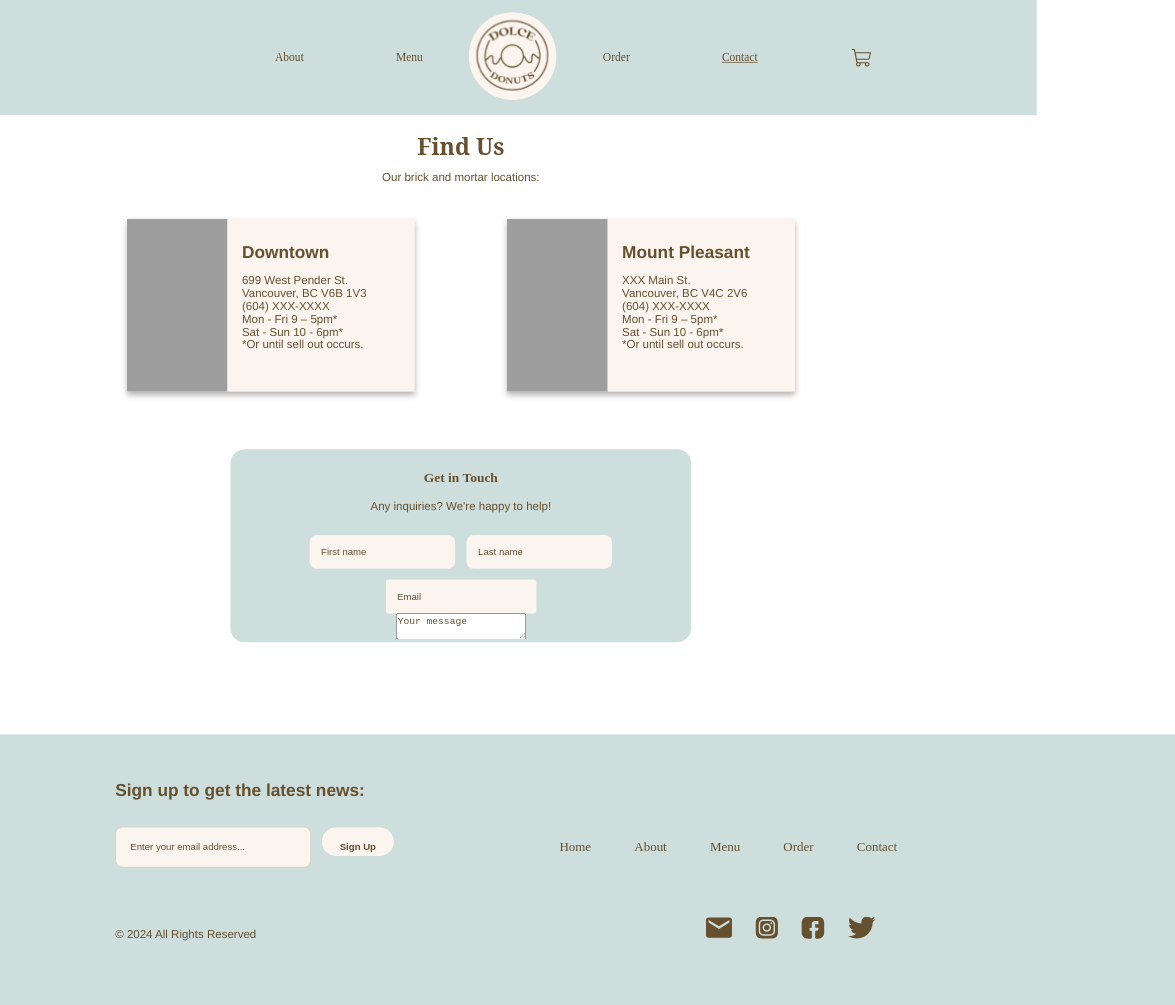
Repository: Crystalhtc/dolcedonuts
Page: /contact
These files come from the project's save history. The page is drawn as it stood at one moment and after a run of saves; the edit follows.
The browser window is 1280 px wide. The page is 1632 px wide, so the pictures cover 1632 px, including what lies to the right of the window. The pictures show the whole page, at 72% of full size.
Pictures or frames that could not be fetched are drawn as grey boxes. The project was rebuilt for these pictures with package versions that can differ from the ones it lists, and the page was loaded fresh each time. Also part of the build but not shown: vite.config.js, src/pages/Home.module.css, src/pages/Home.jsx, src/components/ProductCard/ProductCard.jsx, src/Data/products.js, src/pages/Order.css, src/pages/Menu.jsx, src/pages/Order.jsx and 13 more.

Above is the page before, as saved 2024-10-20 15:31:18.

After the next 4 saves:
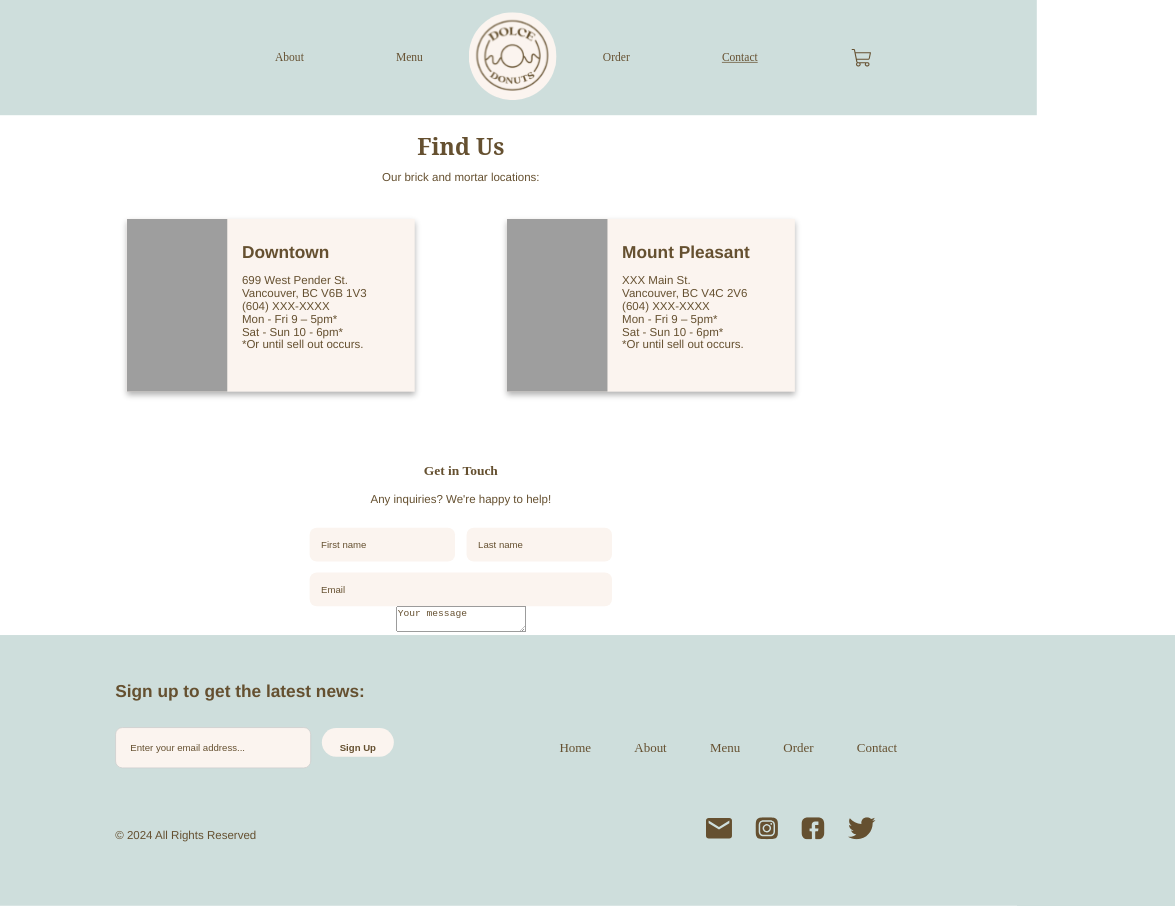
The 4 saves are shown as one change because they came seconds apart.
The last was saved 17 s later.
--- a/src/components/ContactUsForm/ContactForm.module.css
+++ b/src/components/ContactUsForm/ContactForm.module.css
@@ -24,10 +24,12 @@
     border-radius: 10px;
 }
 
-.formPlaceholders {
+.emailPlaceholder {
     width: 388px;
     border-radius: 10px;
 }
+
+.
 
 form {
     background-color: var(--mint);

After the save that followed:
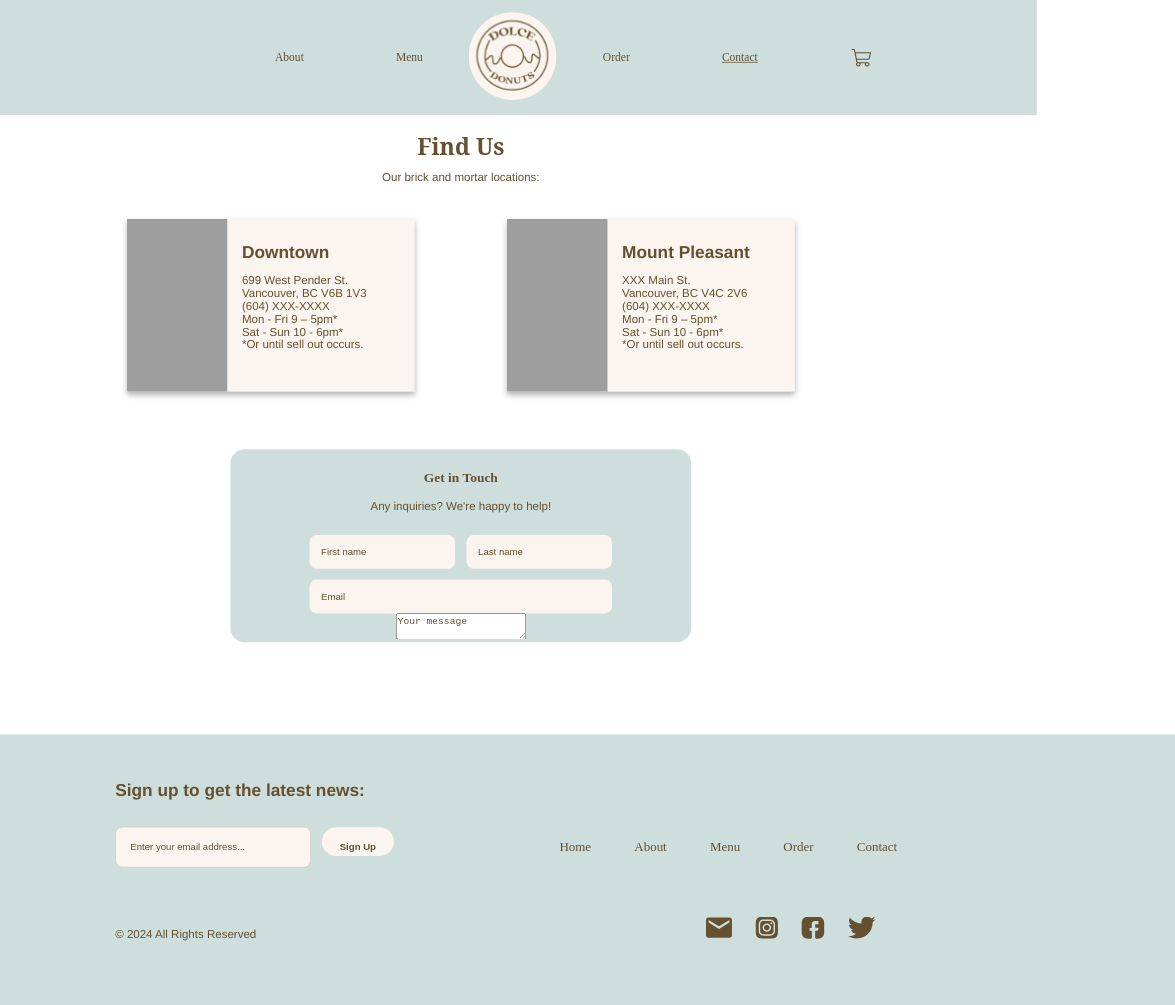
Saved 11 s later.
--- a/src/components/ContactUsForm/ContactForm.module.css
+++ b/src/components/ContactUsForm/ContactForm.module.css
@@ -29,7 +29,9 @@
     border-radius: 10px;
 }
 
-.
+.messagePlaceholder {
+
+}
 
 form {
     background-color: var(--mint);
